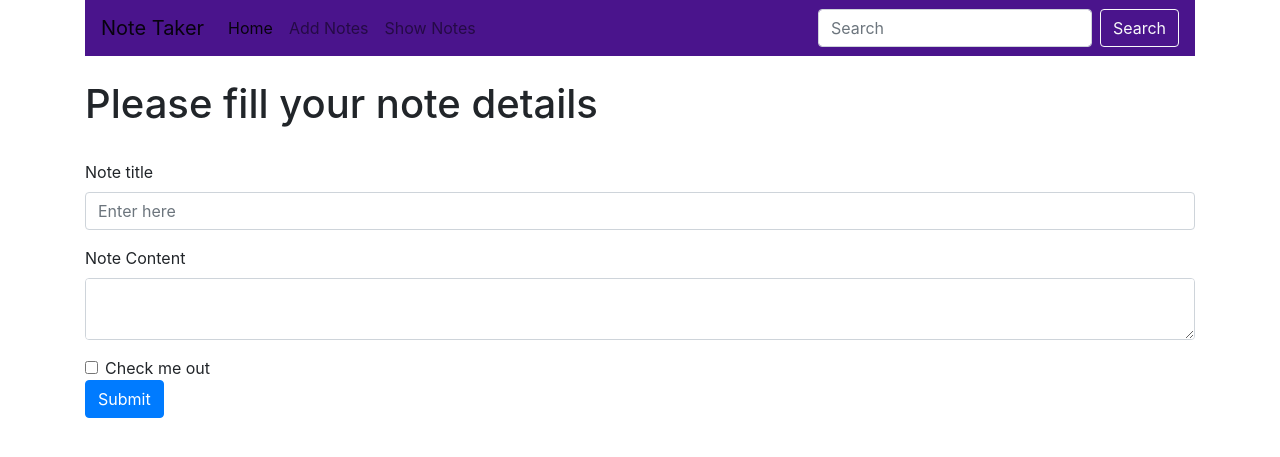
Repository: nayanchy123456/TODO-Project
Page: http://localhost/NoteTaker/add_notes.jsp
The author's editor kept a copy of each file at every save. The page is drawn from the files as they stood at one save, then again after the next save.
The browser window is 1280 px wide. The pictures show the whole page.
Some web libraries are served in a nearby version. The page is served by Tomcat 10.

Above is the page before, as saved 2024-09-03 11:03:15.

After the next save:
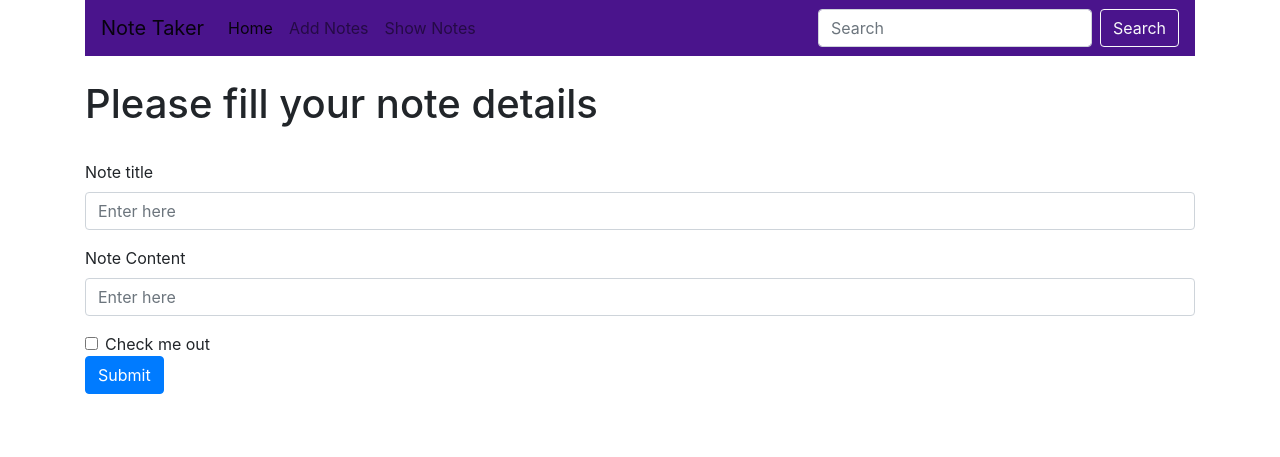
Saved 102 s later.
--- a/TODO webApplication/NoteTaker/src/main/webapp/add_notes.jsp
+++ b/TODO webApplication/NoteTaker/src/main/webapp/add_notes.jsp
@@ -27,10 +27,11 @@
 
   <div class="form-group">
     <label for="content">Note Content</label>
-    <textarea id="content" placeholder ="Enter"  class = "form-control">
+    <input type="textarea" class="form-control" id="title" aria-describedby="emailHelp" placeholder="Enter here">
 
 
-    </textarea>
+
+
 
 
   </div>

After the save that followed:
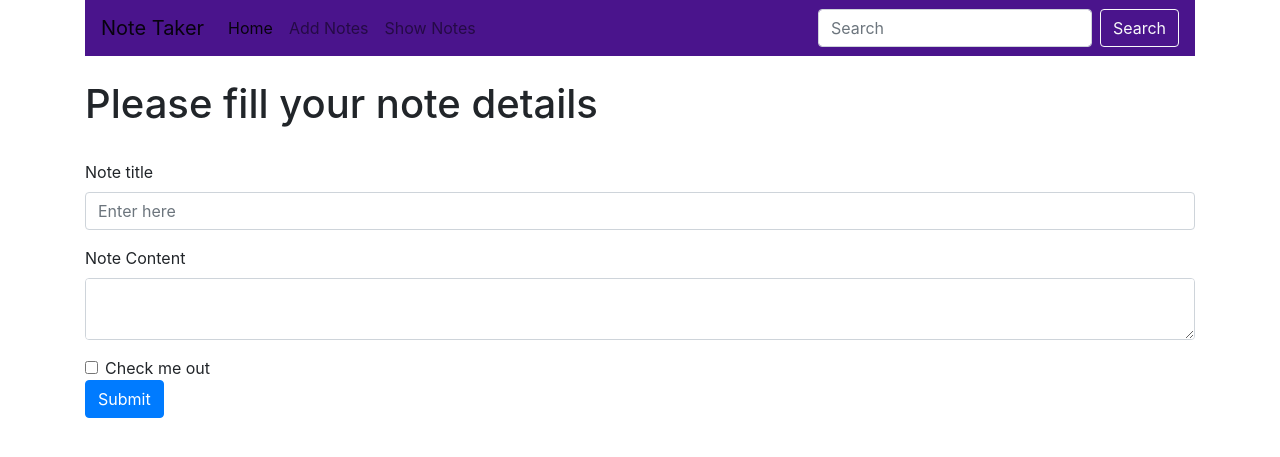
Saved 24 s later.
--- a/TODO webApplication/NoteTaker/src/main/webapp/add_notes.jsp
+++ b/TODO webApplication/NoteTaker/src/main/webapp/add_notes.jsp
@@ -21,17 +21,16 @@
     	<form action ="SaveNoteServlet" method = "post">
   <div class="form-group">
     <label for="title">Note title</label>
-    <input type="text" class="form-control" id="title" aria-describedby="emailHelp" placeholder="Enter here">
+    <input type="text" class="form-control" id="title"  placeholder="Enter here">
 
   </div>
 
   <div class="form-group">
     <label for="content">Note Content</label>
-    <input type="textarea" class="form-control" id="title" aria-describedby="emailHelp" placeholder="Enter here">
+    <textarea id="content" placeholder ="Enter your content here!!!!"  class = "form-control">
 
 
-
-
+    </textarea>
 
 
   </div>
